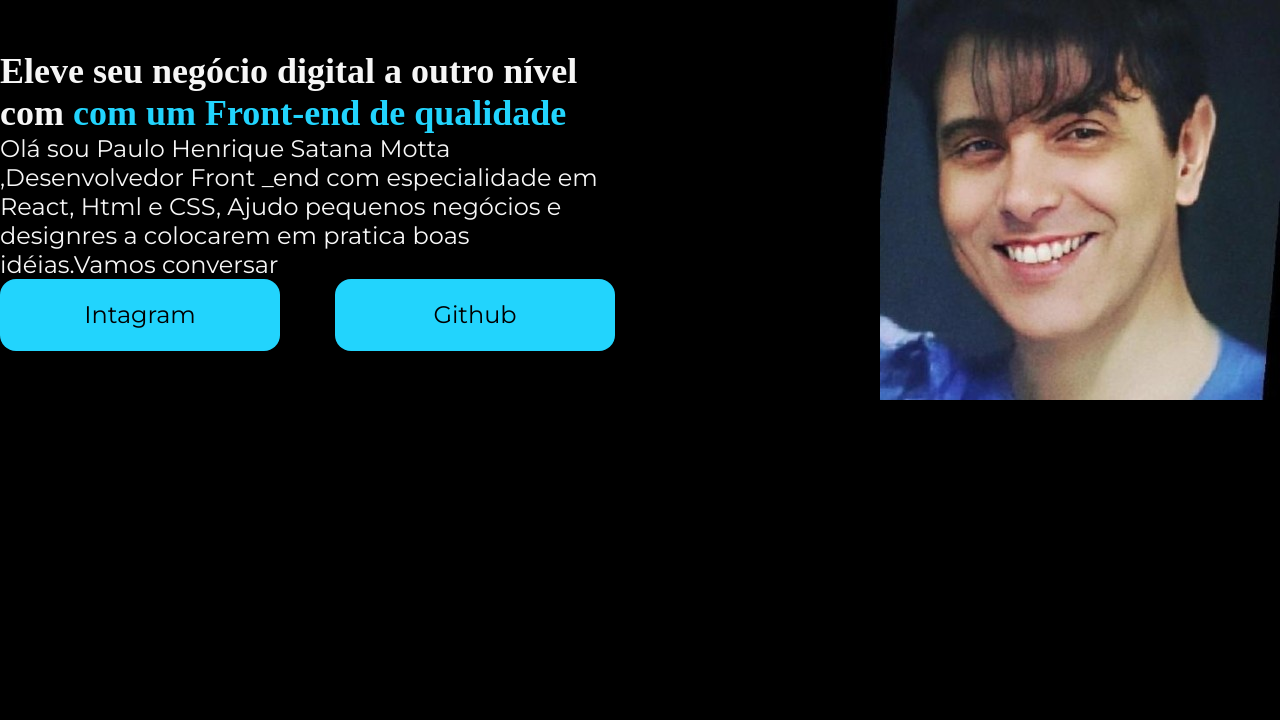
Repository: phsmottanerd/projeto-portfolio-alura
Page: index.html
An editor plug-in stored every save of this project. The page is shown before and after the next save, followed by the edit.
The browser window is 1280 px wide. The pictures show the whole page.
Some web fonts or font styles are not loaded; a fallback is used.

Above is the page before, as saved 2025-01-24 02:30:47.

### index.html
<!DOCTYPE html>
<html lang="pt-br">
  <head>
    <meta charset="UTF-8" />
    <meta name="viewport" content="width=device-width, initial-scale=1.0" />
    <link rel="stylesheet" href="./style.css" />
    <title>Portfólio</title>
  </head>
  <body>
    <header></header>
    <main class="apresentacao">
      <section class="apresentacao__conteudo">
        <h1 class="apresentacao__conteudo__titulo">
          Eleve seu negócio digital a outro nível com
          <strong class="titulo-destaque">
            com um Front-end de qualidade</strong
          >
        </h1>
        <p class="apresentacao__conteudo__texto">
          Olá sou Paulo Henrique Satana Motta ,Desenvolvedor Front _end com
          especialidade em React, Html e CSS, Ajudo pequenos negócios e
          designres a colocarem em pratica boas idéias.Vamos conversar
        </p>
        <div class="apresentacao__links">
          <a class="apresentacao__links__link" href="">Intagram</a>
          <a class="apresentacao__links__link" href="https://github.com/phsmottanerd?tab=repositories">Github</a>
        </div>
      </section>
      <img src="./img/1722867171561.jpg" alt="imgem-foto" />
    </main>
    <footer></footer>
  </body>
</html>

### style.css
@import url("https://fonts.googleapis.com/css2?family=Krona+One&family=Montserrat&display=swap");
* {
  margin: 0;
  padding: 0;
  box-sizing: border-box;
}
body {
  height: 100vh;
  background-color: black;
  color: #f6f6f6;
}

.titulo-destaque {
  color: #22d4fd;
}
.apresentacao {
  margin: 10% 15;
  display: flex;
  align-items: center;
  justify-content: space-between;
}
.apresentacao__conteudo {
  width: 615px;
}
.apresentacao__conteudo__titulo {
  font-size: 36px;
  font-family: "Krona One", sans-serf;
}
.apresentacao__conteudo__texto {
  font-size: 24px;
  font-family: "Montserrat", sans-serf;
}
.apresentacao__links{

    display:flex;
    justify-content:space-between;

}
.apresentacao__links__link{

background-color:#22d4FD;
width: 280px;
text-align: center;
border-radius: 16px;
font-size:24px;
font-weigght:600;
padding: 21.5px 0;
text-decoration:none;
color:#000000;
font-family: "Montserrat", sans-serf;

}

After the next save:
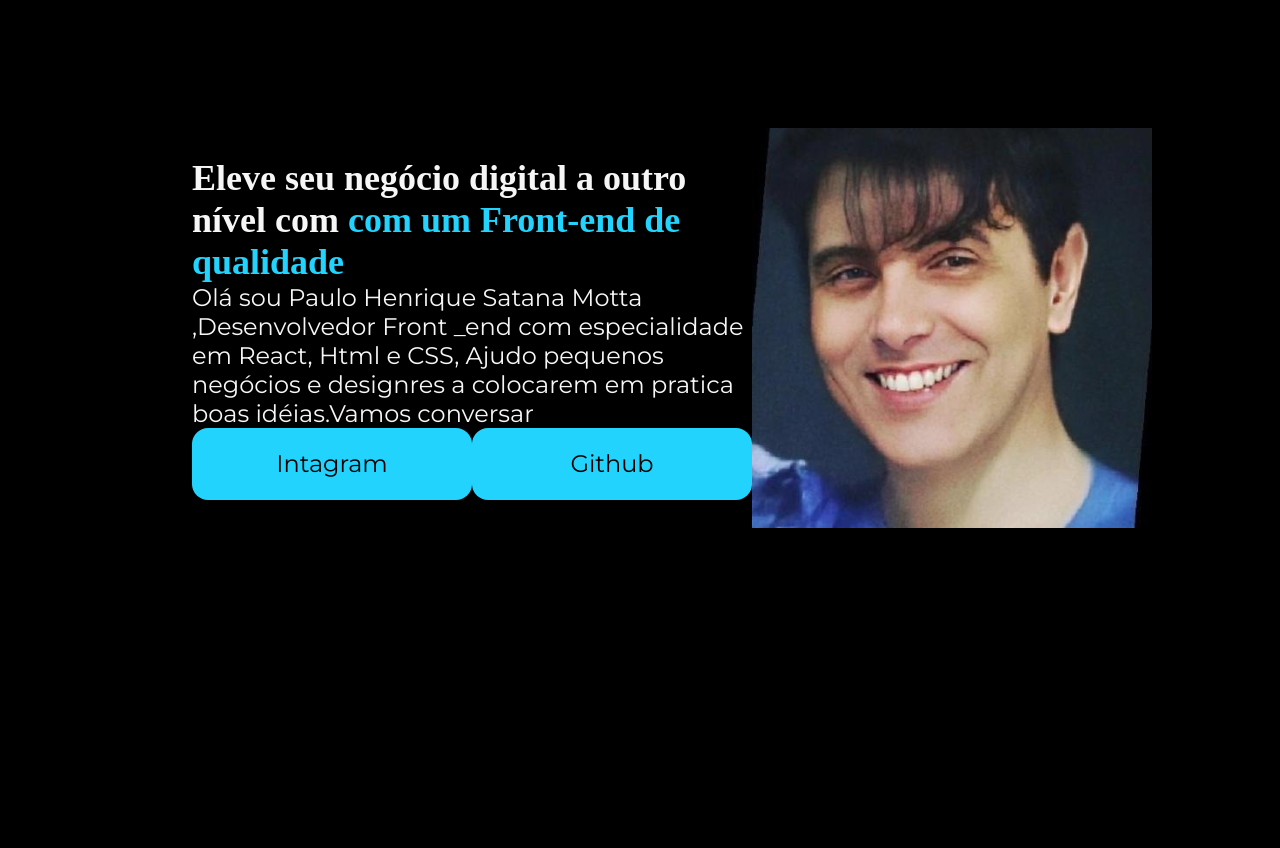
Saved 18 s later.
--- a/style.css
+++ b/style.css
@@ -14,7 +14,7 @@ body {
   color: #22d4fd;
 }
 .apresentacao {
-  margin: 10% 15;
+  margin: 10% 15%;
   display: flex;
   align-items: center;
   justify-content: space-between;
